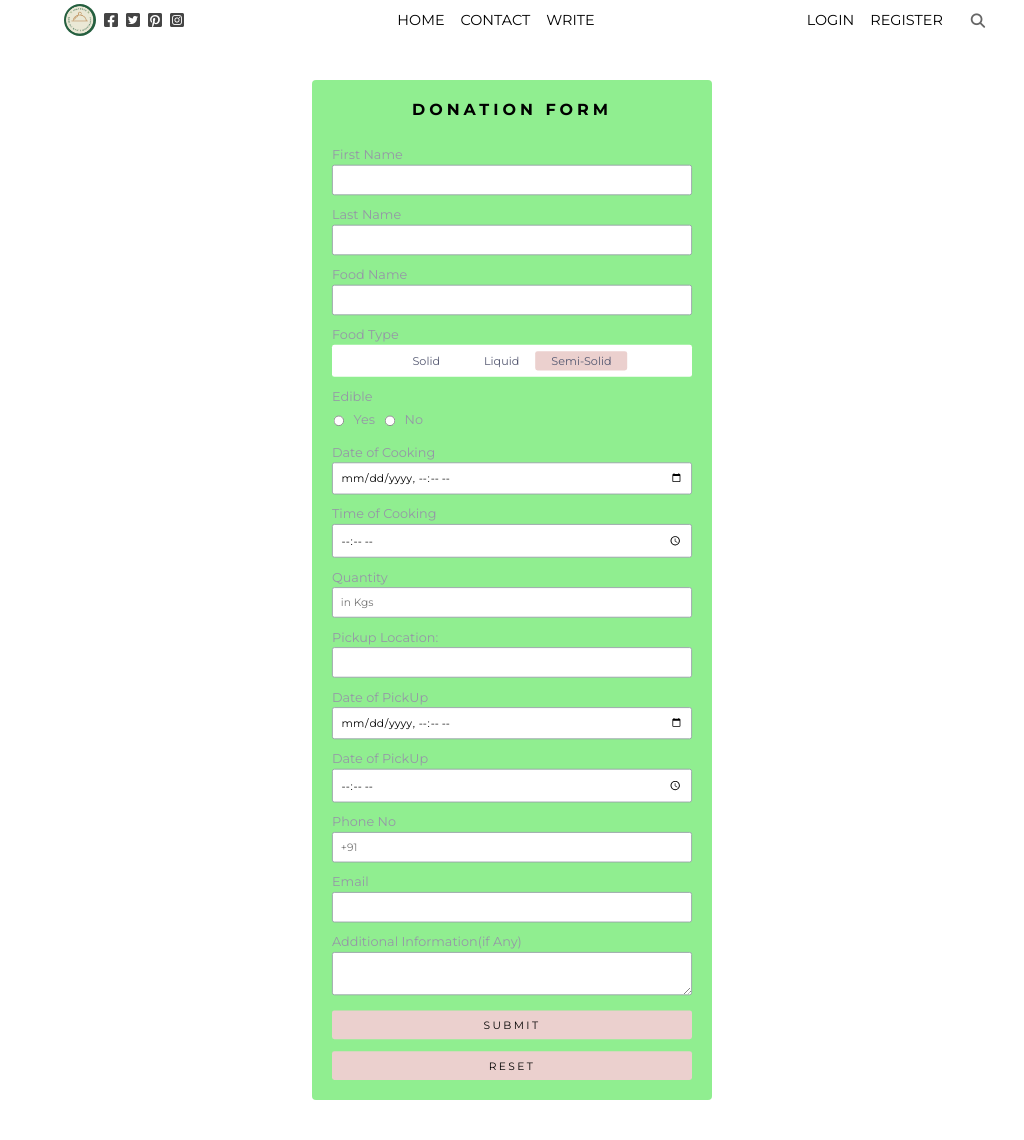
Repository: blsnabrhm/anna-daan
Page: /Contact (app in client/)
These files come from the project's save history. The page is drawn as it stood at one moment and after the next save; the edit follows.
The browser window is 1280 px wide. The pictures show the whole page, at 80% of full size.
Some web libraries are served in a nearby version. The project was rebuilt for these pictures with package versions that can differ from the ones it lists, and the page was loaded fresh each time. Also part of the build but not shown: client/src/components/header/header.css, client/src/components/header/Header.jsx, client/src/components/posts/posts.css, client/src/components/posts/Posts.jsx, client/src/components/sidebar/sidebar.css, client/src/components/sidebar/SideBar.jsx, client/src/pages/home/home.css, client/src/pages/home/Home.jsx and 13 more. Imported but missing from the stored project, and not drawn on this page: client/src/components/post/Post.

Above is the page before, as saved 2022-04-22 09:41:22.

### client/public/index.html
<!DOCTYPE html>
<html lang="en">
  <head>
    <meta charset="utf-8" />
    <link rel="icon" href="%PUBLIC_URL%/favicon.ico" />
    <meta name="viewport" content="width=device-width, initial-scale=1" />
    <meta name="theme-color" content="#000000" />
    <meta
      name="description"
      content="Web site created using create-react-app"
    />
    <link rel="preconnect" href="https://fonts.googleapis.com">
    <link rel="preconnect" href="https://fonts.gstatic.com" crossorigin>
    <link href="https://fonts.googleapis.com/css2?family=Josefin+Sans:wght@100;200;300;400;500;600;700&family=Lora:ital@0;1&family=Varela&family=Varela+Round&display=swap" rel="stylesheet">
    <link rel="stylesheet" href="https://cdnjs.cloudflare.com/ajax/libs/font-awesome/6.1.1/css/all.min.css" integrity="sha512-KfkfwYDsLkIlwQp6LFnl8zNdLGxu9YAA1QvwINks4PhcElQSvqcyVLLD9aMhXd13uQjoXtEKNosOWaZqXgel0g==" crossorigin="anonymous" referrerpolicy="no-referrer" />
    <style>*{
      margin: 0;
    }</style>
    <style>
      .link {
        text-decoration: none;
        color: inherit;
      }
    </style>
    <title>Anna Daan</title>
  </head>
  <body>
    <noscript>You need to enable JavaScript to run this app.</noscript>
    <div id="root"></div>

  </body>
</html>

### client/src/index.js
import React from 'react';
import ReactDOM from 'react-dom/client';
import App from './App';
import { ContextProvider } from './context/Context';

const root = ReactDOM.createRoot(document.getElementById('root'));
root.render(
  <React.StrictMode>
    <ContextProvider>
    <App />
    </ContextProvider>
  </React.StrictMode>
);

### client/src/App.js
import Home from "./pages/home/Home";
import TopBar from "./components/topbar/TopBar";
import Single from "./pages/single/Single";
import Write from "./pages/write/Write";
import Settings from "./pages/settings/Settings";
import Login from "./pages/login/Login";
import Register from "./pages/register/Register";
import Contact from "./pages/contact/Contact";
import { BrowserRouter as Router, Switch, Route, Link } from "react-router-dom";
import { useContext } from "react";
import { Context } from "./context/Context";

function App() {
  const { user } = useContext(Context);
  return (
    <Router>
      <TopBar />
      <Switch>
        <Route exact path="/">
          <Home />
        </Route>
        <Route path="/register">{user ? <Home /> : <Register />}</Route>
        <Route path="/login">{user ? <Home /> : <Login />}</Route>
        <Route path="/Contact">{user ? <Contact />: <Contact/> }</Route>
        <Route path="/write">{user ? <Write /> : <Register />}</Route>
        <Route path="/settings">{user ? <Settings /> : <Register />}</Route>
        <Route path="/post/:postId">
          <Single />
        </Route>
      </Switch>
    </Router>
  );
}

export default App;

### client/src/context/Context.js
import { createContext, useEffect, useReducer } from "react";
import Reducer from "./Reducer";

const INITIAL_STATE = {
  user: JSON.parse(localStorage.getItem("user")) || null,
  isFetching: false,
  error: false,
};

export const Context = createContext(INITIAL_STATE);

export const ContextProvider = ({ children }) => {
  const [state, dispatch] = useReducer(Reducer, INITIAL_STATE);

  useEffect(() => {
    localStorage.setItem("user", JSON.stringify(state.user));
  }, [state.user]);

  return (
    <Context.Provider
      value={{
        user: state.user,
        isFetching: state.isFetching,
        error: state.error,
        dispatch,
      }}
    >
      {children}
    </Context.Provider>
  );
};

### client/src/components/topbar/TopBar.jsx
import { useContext } from "react";
import { Link } from "react-router-dom";
import { Context } from "../../context/Context";
import "./topbar.css";

export default function TopBar() {
  const { user, dispatch } = useContext(Context);
  const PF = "http://localhost:3000/images/"

  const handleLogout = () => {
    dispatch({ type: "LOGOUT" });
  };
  return (
    <div className="top">
      <div className="topLeft">
        <img className="topImg topLogo" src={require('../../assets/Anna_Daan.png')} alt="" />
        <i className="topIcon fab fa-facebook-square"></i>
        <i className="topIcon fab fa-twitter-square"></i>
        <i className="topIcon fab fa-pinterest-square"></i>
        <i className="topIcon fab fa-instagram-square"></i>
      </div>
      <div className="topCenter">
        <ul className="topList">
          <li className="topListItem">
            <Link className="link" to="/" >
              HOME
            </Link>
          </li>
          <li className="topListItem">
            <Link className="link" to="/contact" >
              CONTACT
            </Link>
          </li>
          <li className="topListItem">
            <Link className="link" to="/write">
              WRITE
            </Link>
          </li>
          <li className="topListItem" onClick={handleLogout}>
            {user && "LOGOUT"}
          </li>
        </ul>
      </div>
      <div className="topRight">
        {user ? (
          <Link to="/settings">
            <img className="topImg" src={PF+user.profilePic} alt="" />
          </Link>
        ) : (
          <ul className="topList">
            <li className="topListItem">
              <Link className="link" to="/login" >
                LOGIN
              </Link>
            </li>
            <li className="topListItem">
              <Link className="link" to="/register">
                REGISTER
              </Link>
            </li>
          </ul>
        )}
        <i className="topSearchIcon fas fa-search"></i>
      </div>
    </div>
  );
}

### client/src/pages/contact/Contact.jsx
import './contact.css'

export default function Contact() {
    return (
    <div className='contact'>
        <div class="registration_form">
		<div class="title">
			Donation Form
		</div>

		<form>
			<div class="form_wrap">
                <div className="input_wrap">
					<label for="fname">First Name</label>
					<input type="text" id="email"/>
				</div>
				<div className="input_wrap">
					<label for="lname">Last Name</label>
					<input type="text" id="email"/>
				</div>
                <div >

                </div>

                <div className="input_wrap">
					<label for="fname">Food Name</label>
					<input type="text" id="email"/>
				</div>
                <div className="input_wrap">
					<label>Food Type</label>
					<ul>
						<li>
							<label className="radio_wrap">
								<input type="radio" name="gender" value="male" className="input_radio" checked/>
								<span>Solid</span>
							</label>
						</li>
						<li>
							<label className="radio_wrap">
								<input type="radio" name="gender" value="female" className="input_radio"/>
								<span>Liquid</span>
							</label>
						</li>
                        <li>
							<label className="radio_wrap">
								<input type="radio" name="gender" value="male" className="input_radio" checked/>
								<span>Semi-Solid</span>
							</label>
						</li>
					</ul>
				</div>
                <div className="input_wrap">
                    <label className='edi' for="edible">Edible</label>
                    <div className='edible'>
                    <input className='edible' type="radio" id="y" name='edible'/>
                    <label className='edible' for="edible">Yes  </label>
                    <input className='edible' type="radio" id="n" name='edible'/>
                    <label className='edible' for="edible">No  </label>
                    </div>
                </div>
                <div className='input_wrap'>
                    <label for="dot">Date of Cooking</label>
					<input type="datetime-local" id="dot" class="ta"/>
                </div>
                <div className='input_wrap'>
                    <label for="dot">Time of Cooking</label>
					<input type="time" id="dot" class="ta"/>
                </div>
                <div className='input_wrap'>
                    <label for="quant">Quantity</label>
					<input type="number" id="quant" placeholder="in Kgs"/>
                </div>
                <div className='input_wrap'>
                    <label for="loc">Pickup Location:</label>
					<input type="text" id="loc" class="ta"/>
                </div>
                <div className='input_wrap'>
                    <label for="pick">Date of PickUp</label>
					<input type="datetime-local" id="pick"/>
                </div>
                <div className='input_wrap'>
                    <label for="pick">Date of PickUp</label>
					<input type="time" id="pick"/>
                </div>
				<div className="input_wrap">
					<label for="city">Phone No</label>
					<input type="tel" id="city" placeholder="+91"/>
				</div>
				<div className="input_wrap">
					<label for="country">Email</label>
					<input type="text" id="country"/>
				</div>
                <div className='input_wrap'>
                    <label>Additional Information(if Any)</label>
					<textarea class="txta" for="ta"></textarea>
                </div>
				<div className="input_wrap">
					<input type="submit" value="Submit" className="submit_btn"/>
				</div>
        <div className="input_wrap">
					<input type="submit" value="Reset" className="submit_btn"/>
				</div>
			</div>
		</form>
	</div>
    </div>
    )
}

### client/src/context/Reducer.js
const Reducer = (state, action) => {
  switch (action.type) {
    case "LOGIN_START":
      return {
        user: null,
        isFetching: true,
        error: false,
      };
    case "LOGIN_SUCCESS":
      return {
        user: action.payload,
        isFetching: false,
        error: false,
      };
    case "LOGIN_FAILURE":
      return {
        user: null,
        isFetching: false,
        error: true,
      };
      case "UPDATE_START":
        return {
          ...state,
          isFetching:true
        };
      case "UPDATE_SUCCESS":
        return {
          user: action.payload,
          isFetching: false,
          error: false,
        };
      case "UPDATE_FAILURE":
        return {
          user: state.user,
          isFetching: false,
          error: true,
        };
    case "LOGOUT":
      return {
        user: null,
        isFetching: false,
        error: false,
      };
    default:
      return state;
  }
};

export default Reducer;

### client/src/components/topbar/topbar.css
.top {
    width: 100%;
    height: 50px;
    background-color: white;
    position: sticky;
    top: 0;
    display: flex;
    align-items: center;
    font-family: "Josefin Sans", sans-serif;
    z-index: 999;
  }

  .topLeft,
  .topRight {
    flex: 3;
    display: flex;
    align-items: center;
    justify-content: center;
  }

  .topCenter {
    flex: 6;
  }

  .topLogo {
    margin-right: 10px;
  }

  .topIcon {
    font-size: 20px;
    margin-right: 10px;
    color: #444;
    cursor: pointer;
  }

  .topImg {
    width: 40px;
    height: 40px;
    border-radius: 50%;
    object-fit: cover;
    cursor: pointer;
  }

  .topList {
    display: flex;
    justify-content: center;
    margin: 0;
    padding: 0;
    list-style: none;
  }

  .topListItem {
    margin-right: 20px;
    font-size: 18px;
    font-weight: 300;
    cursor: pointer;
  }

  .topSearchIcon {
    font-size: 18px;
    color: #666;
    cursor: pointer;
    margin-left: 15px;
  }

### client/src/pages/contact/contact.css
@import url('https://fonts.googleapis.com/css2?family=Montserrat:wght@400;700&display=swap');

*{
	margin: 0;
	padding: 0;
	box-sizing: border-box;
	list-style: none;
	font-family: 'Montserrat', sans-serif;
}

.contact {
    display: flex;
    align-items: center;
    justify-content: center;
    margin: 50px 0;
}


.edible {
    display: flex;
    flex-wrap: wrap;
    margin-top: 3px;
    margin-right: 10px;
    padding: 2px;
}

.wrapper{
	min-height: 100vh;
	display: flex;
	justify-content: center;
	align-items: center;
}

.registration_form{
	background: lightgreen;
	padding: 25px;
	border-radius: 5px;
	width: 500px;
}

.registration_form .title{
	text-align: center;
	font-size: 20px;
	text-transform: uppercase;
	color: #000000;
	letter-spacing: 5px;
	font-weight: 700;
}

.form_wrap{
	margin-top: 35px;
}

.form_wrap .input_wrap{
	margin-bottom: 15px;
}

.form_wrap .input_wrap:last-child{
	margin-bottom: 0;
}

.form_wrap .input_wrap label{
	display: block;
	margin-bottom: 3px;
	color: #9597a6;
}
.form_wrap .input_grp  input[type="text"] ,input[type="number"] {
	width: 165px;
}

.form_wrap  input[type="text"], input[type="number"], input[type="tel"],  input[type="time"] ,  input[type="datetime-local"]  {
	width: 100%;
	border-radius: 3px;
	border: 1px solid #9597a6;
	padding: 10px;
	outline: none;
}

.form_wrap textarea {
    width: 100%;
	border-radius: 3px;
	border: 1px solid #9597a6;
	padding: 10px;
	outline: none;
}

.form_wrap  input[type="text"]:focus{
	border-color: #ebd0ce;
}

.form_wrap ul{
	background: #fff;
	padding: 8px 10px;
	border-radius: 3px;
	display: flex;
	justify-content: center;
}

.form_wrap ul li:first-child{
	margin-right: 15px;
}
.form_wrap ul .radio_wrap{
	position: relative;
	margin-bottom: 0;
}

.form_wrap ul .radio_wrap .input_radio{
	position: absolute;
	top: 0;
	right: 0;
	opacity: 0;
}

.form_wrap ul .radio_wrap span{
	display: inline-block;
	font-size: 14px;
	padding: 3px 20px;
	border-radius: 3px;
	color: #545871;
}

.form_wrap .input_radio:checked ~ span{
	background: #ebd0ce;
}

.form_wrap .submit_btn{
	width: 100%;
	background: #ebd0ce;
	padding: 10px;
	border: 0;
	border-radius: 3px;
	text-transform: uppercase;
	letter-spacing: 3px;
	cursor: pointer;
}

.form_wrap .submit_btn:hover{
	background: #ffd5d2;
}

After the next save:
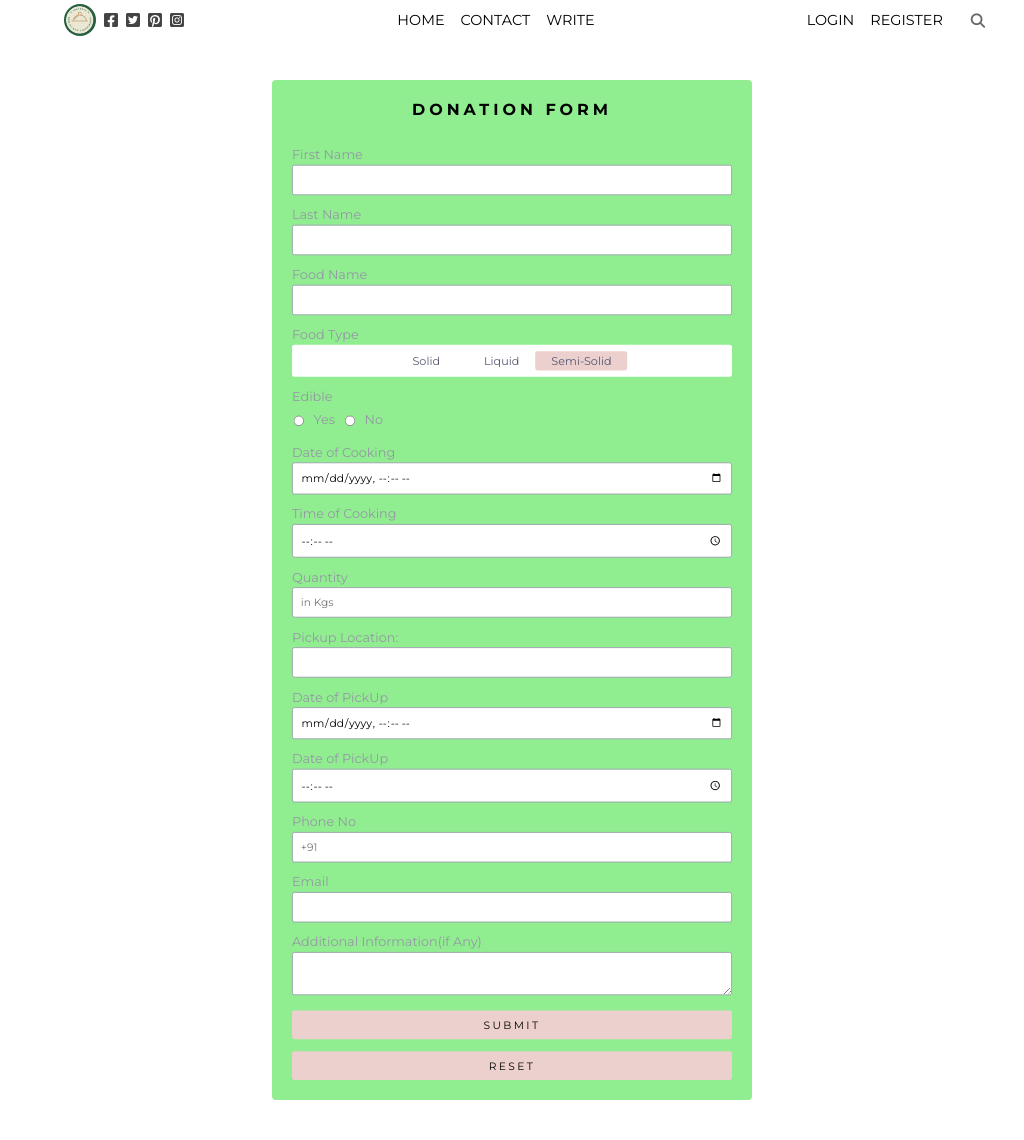
Saved 4 s later.
--- a/client/src/pages/contact/contact.css
+++ b/client/src/pages/contact/contact.css
@@ -35,7 +35,7 @@
 	background: lightgreen;
 	padding: 25px;
 	border-radius: 5px;
-	width: 500px;
+	width: 600px;
 }
 
 .registration_form .title{
